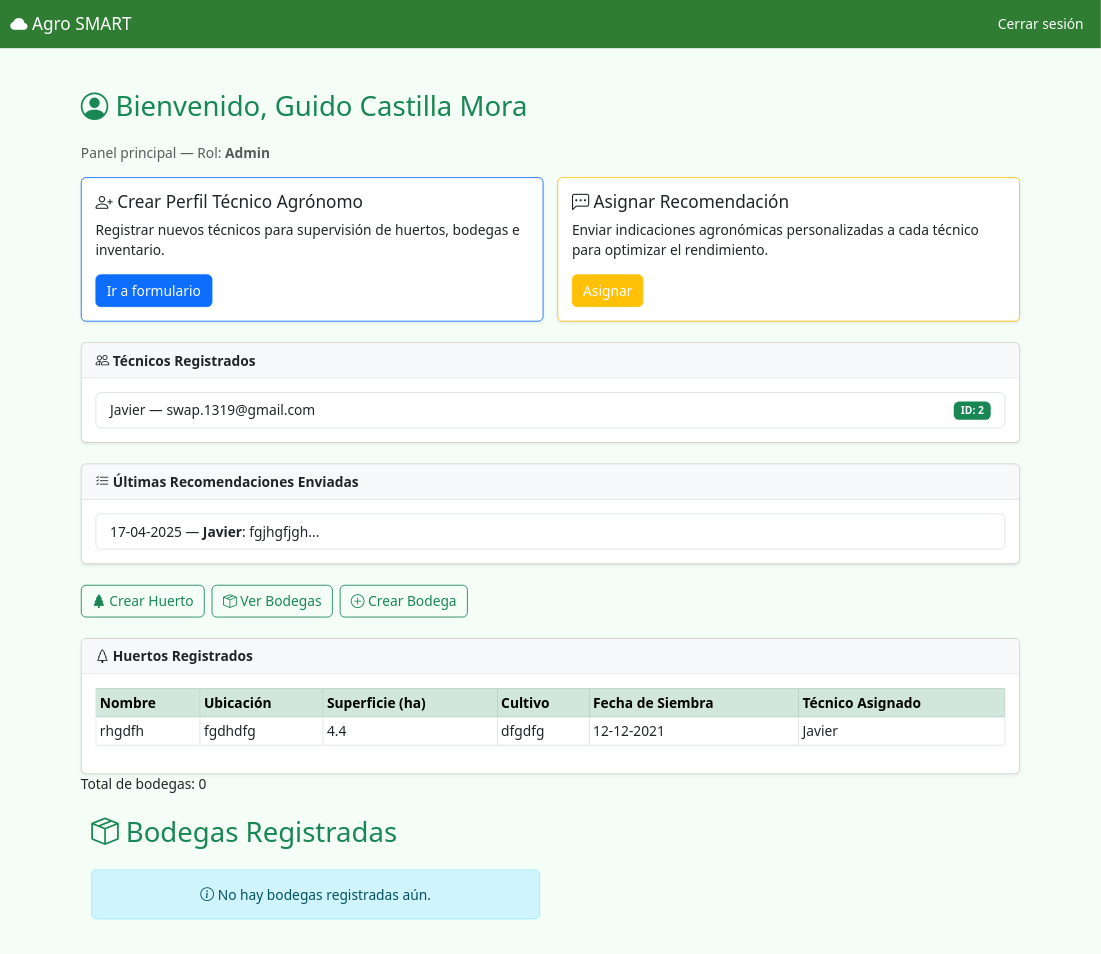
Repository: eikos4/Agrodeskv3
Page: http://localhost/dashboard
These files come from the project's save history. The page is drawn as it stood at one moment and after the next save; the edit follows.
The browser window is 1280 px wide. The pictures show the whole page, at 86% of full size.
The page is served by the project's application, run on Flask 3 (app/__init__.py). The user the application loads for id 1 is signed in. The page reads the database file committed with the project.

Above is the page before, as saved 2025-04-14 11:16:20.

After the next save:
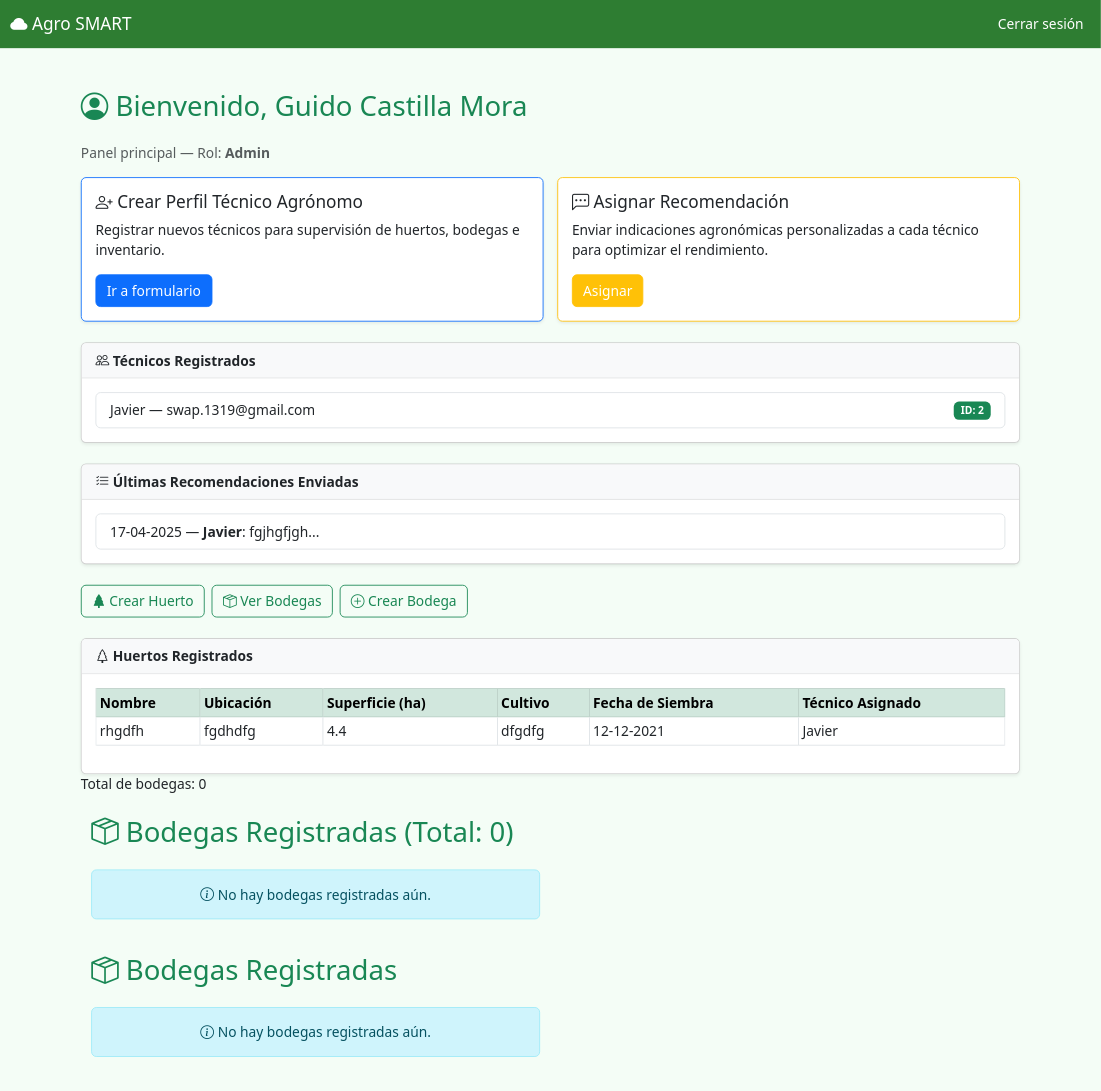
Saved 116 s later.
--- a/app/templates/dashboard.html
+++ b/app/templates/dashboard.html
@@ -135,6 +135,56 @@
 
     <p>Total de bodegas: {{ bodegas|length }}</p>
 
+    <div class="container mt-4">
+      <h2 class="text-success mb-4">
+        <i class="bi bi-box-seam"></i> Bodegas Registradas (Total: {{ bodegas|length }})
+      </h2>
+
+      <div class="row row-cols-1 row-cols-md-2 g-4">
+        {% for bodega in bodegas %}
+          <div class="col">
+            <div class="card border-success shadow-sm h-100">
+              <div class="card-header bg-success text-white d-flex justify-content-between align-items-center">
+                <strong><i class="bi bi-house-door-fill"></i> {{ bodega.nombre }}</strong>
+                <small>
+                  {% if bodega.huerto %}
+                    {{ bodega.huerto.nombre }}
+                  {% else %}
+                    Sin huerto
+                  {% endif %}
+                </small>
+              </div>
+              <div class="card-body">
+                <p>
+                  <i class="bi bi-geo-alt-fill text-success"></i>
+                  <strong>Ubicación:</strong> {{ bodega.ubicacion or "No especificada" }}
+                </p>
+                <p>
+                  <i class="bi bi-person-circle text-success"></i>
+                  <strong>Responsable:</strong>
+                  {% if bodega.responsable %}
+                    {{ bodega.responsable.name }}
+                  {% else %}
+                    Sin asignar
+                  {% endif %}
+                </p>
+                <a href="{{ url_for('admin.ver_quimicos', bodega_id=bodega.id) }}" class="btn btn-outline-success btn-sm mt-2">
+                  Ver químicos
+                </a>
+              </div>
+            </div>
+          </div>
+        {% else %}
+          <div class="col-12">
+            <div class="alert alert-info text-center">
+              <i class="bi bi-info-circle"></i> No hay bodegas registradas aún.
+            </div>
+          </div>
+        {% endfor %}
+      </div>
+    </div>
+
+
 
 
 
